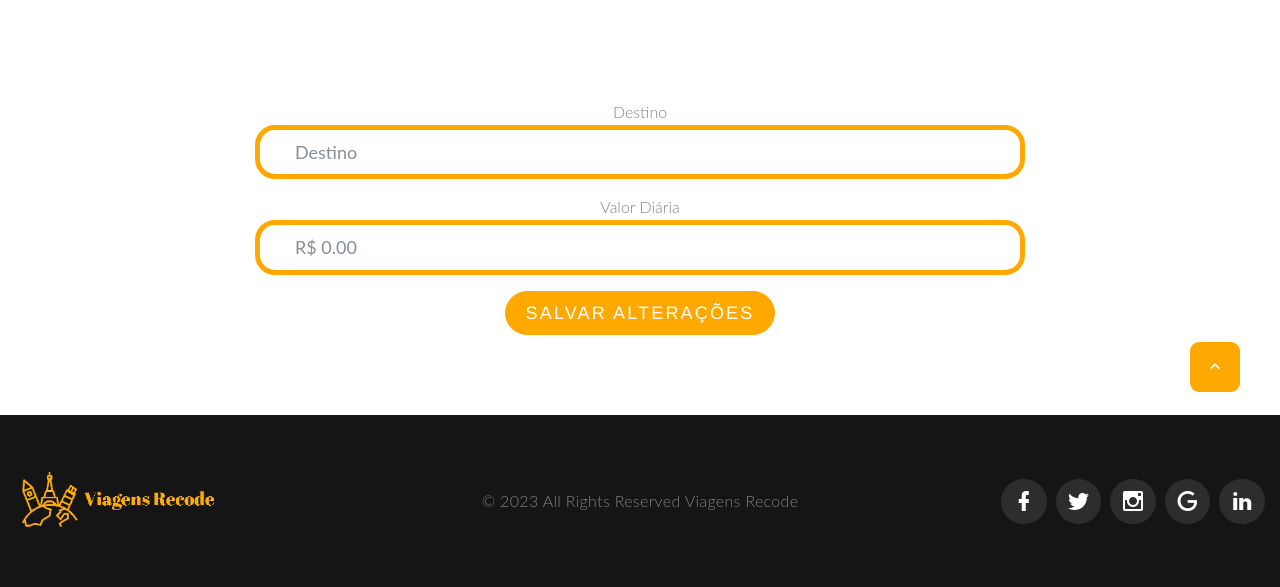
Repository: LiraS23/RecodePro2023-Modulo-4
Page: http://localhost/Modulo4/editarPedido.jsp
These files come from the project's save history. The page is drawn as it stood at one moment and after the next save; the edit follows.
The browser window is 1280 px wide. The pictures show the part of the page from y = 388 to 1022 px (the page is 975 px tall before and 1022 px after).
Some web fonts or font styles are not loaded; a fallback is used. The page is served by Tomcat 10. Other server files are loaded and not shown.

Above is the page before, as saved 2023-11-03 19:58:31.

### java/Modulo4/src/main/webapp/editarPedido.jsp
<!DOCTYPE html>
<html lang="pt-br">

<head>
<meta charset="UTF-8">
<meta name="viewport"
	content="width=device-width, height=device-height, initial-scale=1.0">
<meta http-equiv="X-UA-Compatible" content="IE=edge">
<title>Editar Destino</title>

<link rel="icon" href="assets/images/favicon.ico" type="image/x-icon">
<link rel="stylesheet" type="text/css"
	href="assets/fonts.googleapis.com/css?family=Oswald:200,400%7CLato:300,400,300italic,700%7CMontserrat:900">
<link rel="stylesheet" href="assets/css/bootstrap.css">
<link rel="stylesheet" href="assets/css/style.css">
<link rel="stylesheet" href="assets/css/fonts.css">

</head>

<body>
	<div class="page">
		<header
			class="section page-header breadcrumbs-custom-wrap bg-gradient bg-secondary-2 novi-background bg-cover">
			<!-- RD Navbar-->
			<div class="rd-navbar-wrap rd-navbar-default">
				<nav class="rd-navbar" data-layout="rd-navbar-fixed"
					data-sm-layout="rd-navbar-fixed" data-md-layout="rd-navbar-fixed"
					data-md-device-layout="rd-navbar-fixed"
					data-lg-layout="rd-navbar-fullwidth"
					data-xl-layout="rd-navbar-static"
					data-lg-device-layout="rd-navbar-fixed"
					data-xl-device-layout="rd-navbar-static"
					data-md-stick-up-offset="2px" data-lg-stick-up-offset="2px"
					data-stick-up="true" data-sm-stick-up="true"
					data-md-stick-up="true" data-lg-stick-up="true"
					data-xl-stick-up="true">
					<div class="rd-navbar-inner">
						<!-- RD Navbar Panel-->
						<div class="rd-navbar-panel">
							<!-- RD Navbar Toggle-->
							<button class="rd-navbar-toggle"
								data-rd-navbar-toggle=".rd-navbar-nav-wrap">
								<span></span>
							</button>
							<!-- RD Navbar Brand-->
							<div class="rd-navbar-brand">
								<a class="brand-name" href="index.html"><img
									class="logo-default"
									src="assets/images/logo-default-208x46.png" alt="" width="208"
									height="46" /><img class="logo-inverse"
									src="assets/images/logo-inverse-208x46.png" alt="" width="208"
									height="46" /></a>
							</div>
						</div>
						<div class="rd-navbar-aside-right">
							<div class="rd-navbar-nav-wrap">
								<!-- RD Navbar Nav-->
								<ul class="rd-navbar-nav">
									<li><a href="index.html">Home</a></li>
									<li><a href="destinos.jsp">Destinos</a></li>
									<li><a href="promocoes.html">Promoções</a></li>
									<li><a href="contato.html">Contato</a></li>
									<li><a href="cliente.jsp">Cliente</a></li>
									<li class="active"><a href="pedidos.jsp">Reserve um passeio</a></li>
								</ul>
							</div>
						</div>
					</div>
				</nav>
			</div>
			<!-- Breadcrumbs-->
			<section class="breadcrumbs-custom"
				style="background: url(&quot;https://png.pngtree.com/thumb_back/fw800/back_pic/03/93/99/8257e7bbd63b3ff.jpg&quot;); background-size: cover;">
				<div class="container">
					<p class="breadcrumbs-custom-subtitle">Editar</p>
					<p class="heading-1 breadcrumbs-custom-title">Destino</p>
				</div>
			</section>
		</header>

		<!-- Promoções info-->
		<section class="section section-lg bg-default text-center">
			<div class="container">
				<div class="row justify-content-center">
					<div class="col-md-8">
						<!--form-->
						<form id="editForm" data-form-output="form-output-global"
							data-form-type="edicao" method="post"
							action="/Modulo4/MeuPacoteServlet">
							<input type="hidden" name="action" value="atualizar"> <input
								type="hidden" id="idPacote" name="idPacote" value="">
							<div class="form-group">
								<label for="edit_destino">Destino</label> <input type="text"
									class="form-control" id="edit_destino" name="destino"
									placeholder="Destino"
									style="border: 5px solid #FFA900; border-radius: 20px;">
							</div>
							<div class="form-group">
								<label for="edit_valorDiaria">Valor Diária</label> <input
									type="text" class="form-control" id="edit_valorDiaria"
									name="valorDiaria" placeholder="R$ 0.00"
									style="border: 5px solid #FFA900; border-radius: 20px;">
							</div>
							<button type="button" id="saveChangesButton"
								class="btn btn-primary" onclick="atualizarPacote()">Salvar
								Alterações</button>
						</form>
					</div>
				</div>
			</div>
		</section>

		<!-- Footer Minimal-->
		<footer
			class="section page-footer page-footer-minimal novi-background bg-cover text-center bg-gray-darker">
			<div class="container container-wide">
				<div
					class="row row-fix justify-content-sm-center align-items-md-center row-30">
					<div class="col-md-10 col-lg-7 col-xl-4 text-xl-left">
						<a href="index.html"><img class="inverse-logo"
							src="assets/images/logo-inverse-208x46.png" alt="" width="208"
							height="46" /></a>
					</div>
					<div class="col-md-10 col-lg-7 col-xl-4">
						<p class="right">
							&#169;&nbsp;<span class="copyright-year"></span> All Rights
							Reserved Viagens Recode
						</p>
					</div>
					<div class="col-md-10 col-lg-7 col-xl-4 text-xl-right">
						<ul class="group-xs group-middle">
							<li><a
								class="icon novi-icon icon-md-middle icon-circle icon-secondary-5-filled mdi mdi-facebook"
								href="#"></a></li>
							<li><a
								class="icon novi-icon icon-md-middle icon-circle icon-secondary-5-filled mdi mdi-twitter"
								href="#"></a></li>
							<li><a
								class="icon novi-icon icon-md-middle icon-circle icon-secondary-5-filled mdi mdi-instagram"
								href="#"></a></li>
							<li><a
								class="icon novi-icon icon-md-middle icon-circle icon-secondary-5-filled mdi mdi-google"
								href="#"></a></li>
							<li><a
								class="icon novi-icon icon-md-middle icon-circle icon-secondary-5-filled mdi mdi-linkedin"
								href="#"></a></li>
						</ul>
					</div>
				</div>
			</div>
		</footer>
	</div>

	<!-- Global Mailform Output-->
	<div class="snackbars" id="form-output-global"></div>
	<!-- Javascript-->
	<script src="assets/js/core.min.js"></script>
	<script src="assets/js/script.js"></script>

	<script>
		// Função para obter o valor do parâmetro idPacote da URL
		function obterValorIdPacoteDaURL() {
			var url = window.location.href;
			var parametros = url.split("?")[1];
			if (parametros) {
				var paresChaveValor = parametros.split("&");
				for (var i = 0; i < paresChaveValor.length; i++) {
					var chaveValor = paresChaveValor[i].split("=");
					if (chaveValor[0] === "idPacote") {
						return chaveValor[1];
					}
				}
			}
			return null;
		}

		// Quando a página carregar, defina o valor do idPacote no campo oculto
		window.onload = function() {
			var idPacote = obterValorIdPacoteDaURL();
			if (idPacote !== null) {
				document.getElementById("idPacote").value = idPacote;
			}
		};
	</script>

	<script>
		function atualizarPacote() {
			// Obtenha os valores dos campos do formulário
			var idPacote = $('#idPacote').val();
			var destino = $('#edit_destino').val();
			var valorDiaria = $('#edit_valorDiaria').val();

			// Crie um objeto com os dados a serem enviados
			var data = {
				action : 'atualizar',
				idPacote : idPacote,
				destino : destino,
				valorDiaria : valorDiaria
			};

			// Envie os dados para o servlet usando AJAX
			$.ajax({
				type : 'POST',
				url : '/Modulo4/MeuPacoteServlet',
				data : data,
				success : function(response) {
					// Trate a resposta do servidor, por exemplo, exibindo uma mensagem de sucesso
					alert(response);

					// Redirecione para destino.jsp após a edição bem-sucedida
					window.location.href = 'destinos.jsp';
				},
				error : function() {
					alert('Falha ao atualizar o pacote.');
				}
			});
		}
	</script>
</body>

</html>

Loaded but not shown: java/Modulo4/src/main/webapp/assets/css/bootstrap.css (library); java/Modulo4/src/main/webapp/assets/css/style.css (library); java/Modulo4/src/main/webapp/assets/css/fonts.css (library); java/Modulo4/src/main/webapp/assets/js/core.min.js (library); java/Modulo4/src/main/webapp/assets/js/script.js (1496 lines, source omitted)

After the next save:
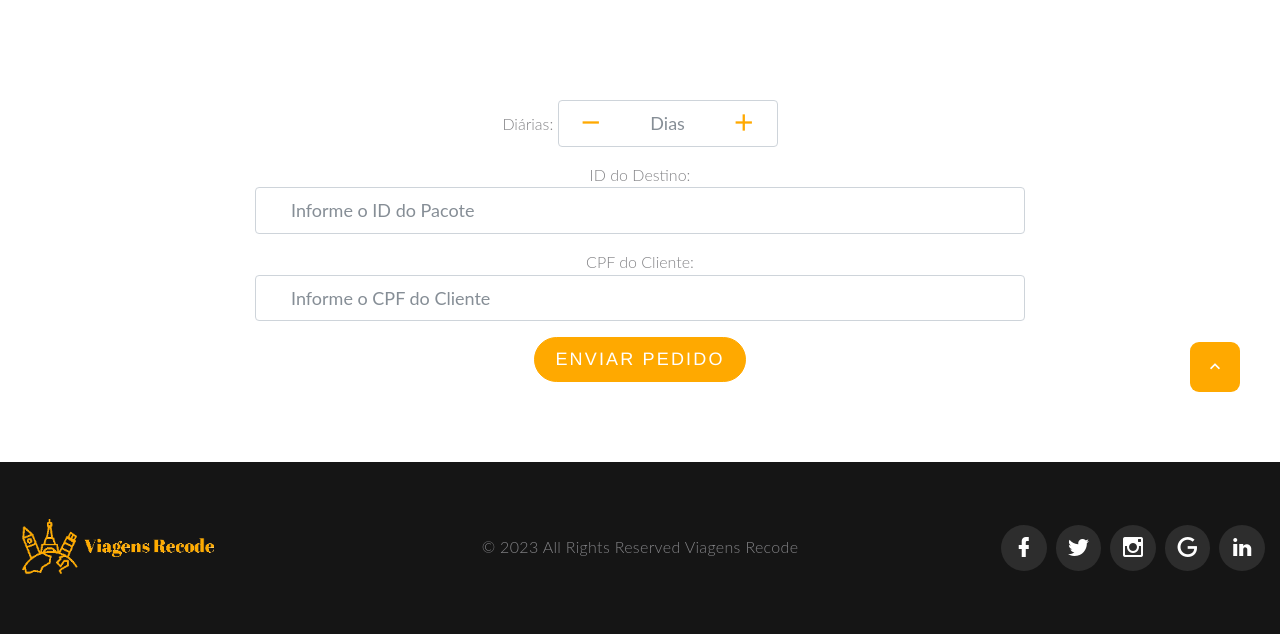
Saved 64 s later.
--- a/java/Modulo4/src/main/webapp/editarPedido.jsp
+++ b/java/Modulo4/src/main/webapp/editarPedido.jsp
@@ -84,27 +84,30 @@
 				<div class="row justify-content-center">
 					<div class="col-md-8">
 						<!--form-->
-						<form id="editForm" data-form-output="form-output-global"
-							data-form-type="edicao" method="post"
-							action="/Modulo4/MeuPacoteServlet">
-							<input type="hidden" name="action" value="atualizar"> <input
-								type="hidden" id="idPacote" name="idPacote" value="">
-							<div class="form-group">
-								<label for="edit_destino">Destino</label> <input type="text"
-									class="form-control" id="edit_destino" name="destino"
-									placeholder="Destino"
-									style="border: 5px solid #FFA900; border-radius: 20px;">
-							</div>
-							<div class="form-group">
-								<label for="edit_valorDiaria">Valor Diária</label> <input
-									type="text" class="form-control" id="edit_valorDiaria"
-									name="valorDiaria" placeholder="R$ 0.00"
-									style="border: 5px solid #FFA900; border-radius: 20px;">
-							</div>
-							<button type="button" id="saveChangesButton"
-								class="btn btn-primary" onclick="atualizarPacote()">Salvar
-								Alterações</button>
-						</form>
+						<form class="" data-form-output="form-output-global"
+									data-form-type="cadastro" method="post"
+									action="/Modulo4/Pedido?action=adicionar">
+									<input type="hidden" name="action" value="adicionar">
+									<div class="form-group">
+										<label for="diariasPedido">Diárias:</label> <input
+											type="number" class="form-control" id="diariasPedido"
+											name="diariasPedido" placeholder="Dias" min="0" required>
+									</div>
+									<div class="form-group">
+										<label for="fk_pacote_idPacote">ID do Destino:</label> <input
+											type="text" class="form-control" id="fk_pacote_idPacote"
+											name="fk_pacote_idPacote"
+											placeholder="Informe o ID do Pacote" required>
+									</div>
+									<div class="form-group">
+										<label for="fk_cliente_cpf">CPF do Cliente:</label> <input
+											type="text" class="form-control" id="fk_cliente_cpf"
+											name="fk_cliente_cpf" placeholder="Informe o CPF do Cliente"
+											required>
+									</div>
+									<button type="submit" class="btn btn-primary">Enviar
+										Pedido</button>
+								</form>
 					</div>
 				</div>
 			</div>
